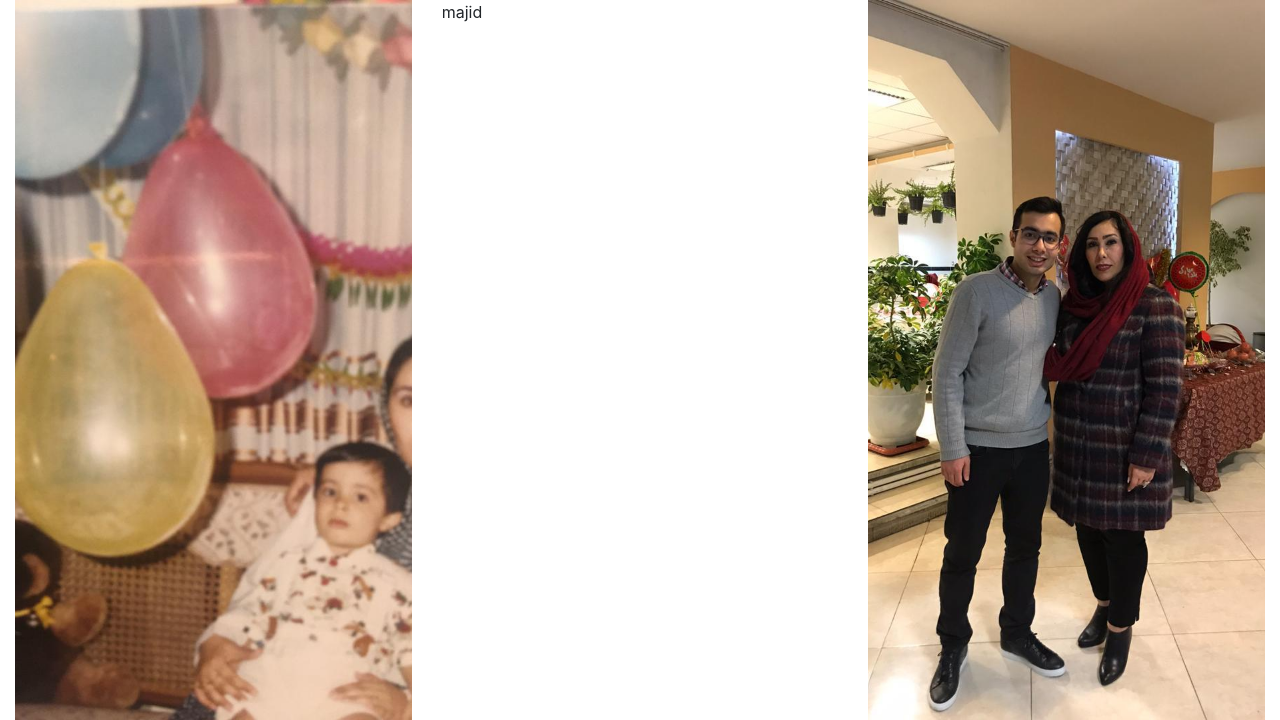
Repository: mirfarzam/mirfarzam.github.io
Page: khalelila/index.html
These files come from the project's save history. The page is drawn as it stood at one moment and after the next save; the edit follows.
The browser window is 1280 px wide. The pictures show the whole page.

Above is the page before, as saved 2020-04-30 21:13:46.

After the next save:
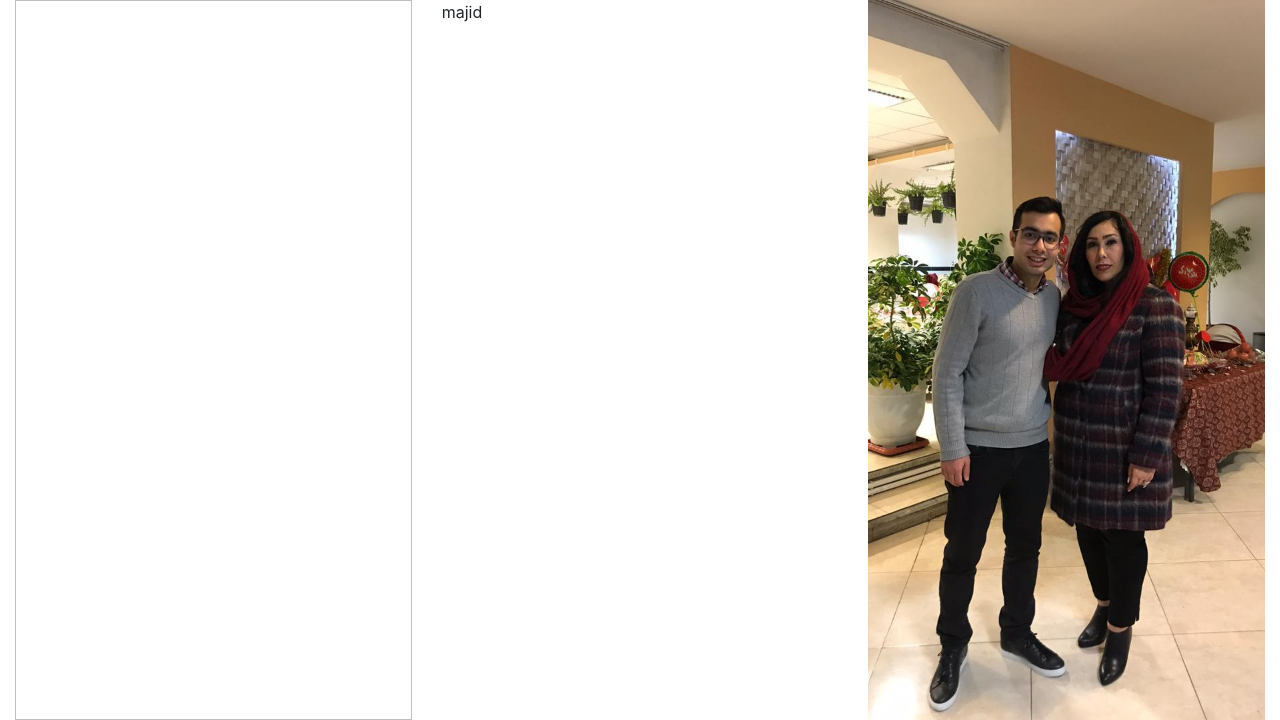
Saved 5 s later.
--- a/khalelila/index.html
+++ b/khalelila/index.html
@@ -35,7 +35,7 @@
 <body>
 <section class="container-fluid maincontrainer">
     <div class="row">
-        <div class="col-sm-4"><img src="old.jpeg"></div>
+        <div class="col-sm-4"><img stsrc="old.jpeg"></div>
         <div class="col-sm-4">majid</div>
         <div class="col-sm-4"><img src="new.jpeg"></div>
     </div>

After the 3 saves that followed:
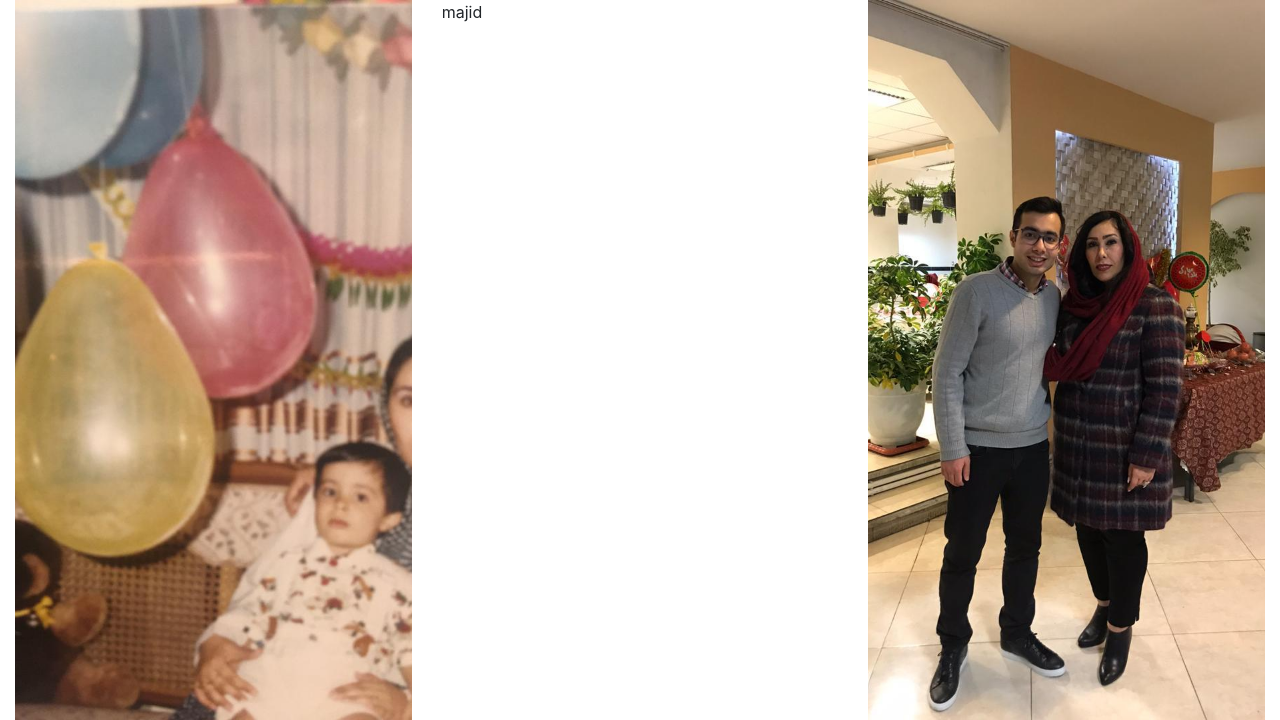
The 3 saves are shown as one change because 2 left the picture as it was.
The last was saved 5 s later.
--- a/khalelila/index.html
+++ b/khalelila/index.html
@@ -35,7 +35,7 @@
 <body>
 <section class="container-fluid maincontrainer">
     <div class="row">
-        <div class="col-sm-4"><img stsrc="old.jpeg"></div>
+        <div class="col-sm-4"><img style=""src="old.jpeg"></div>
         <div class="col-sm-4">majid</div>
         <div class="col-sm-4"><img src="new.jpeg"></div>
     </div>
